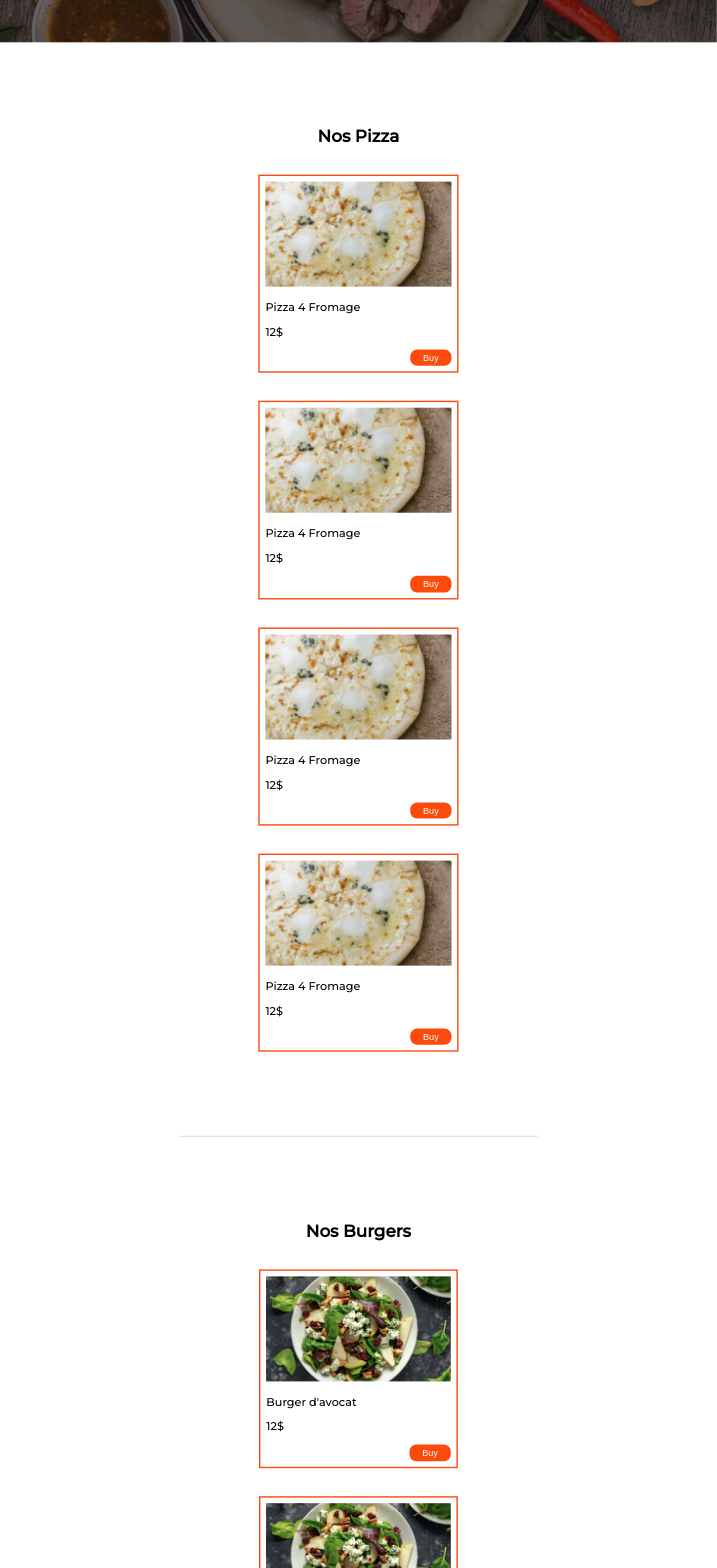
Repository: Ahlam-belhadj/bella-olange
Page: index.html
An editor plug-in stored every save of this project. The page is shown before and after a run of saves, followed by the edit.
The browser window is 1024 px wide. The pictures show the part of the page from y = 718 to 2958 px (the page is 6509 px tall before and 4569 px after), at 70% of full size.

Above is the page before, as saved 2023-02-14 19:58:39.

After the next 6 saves:
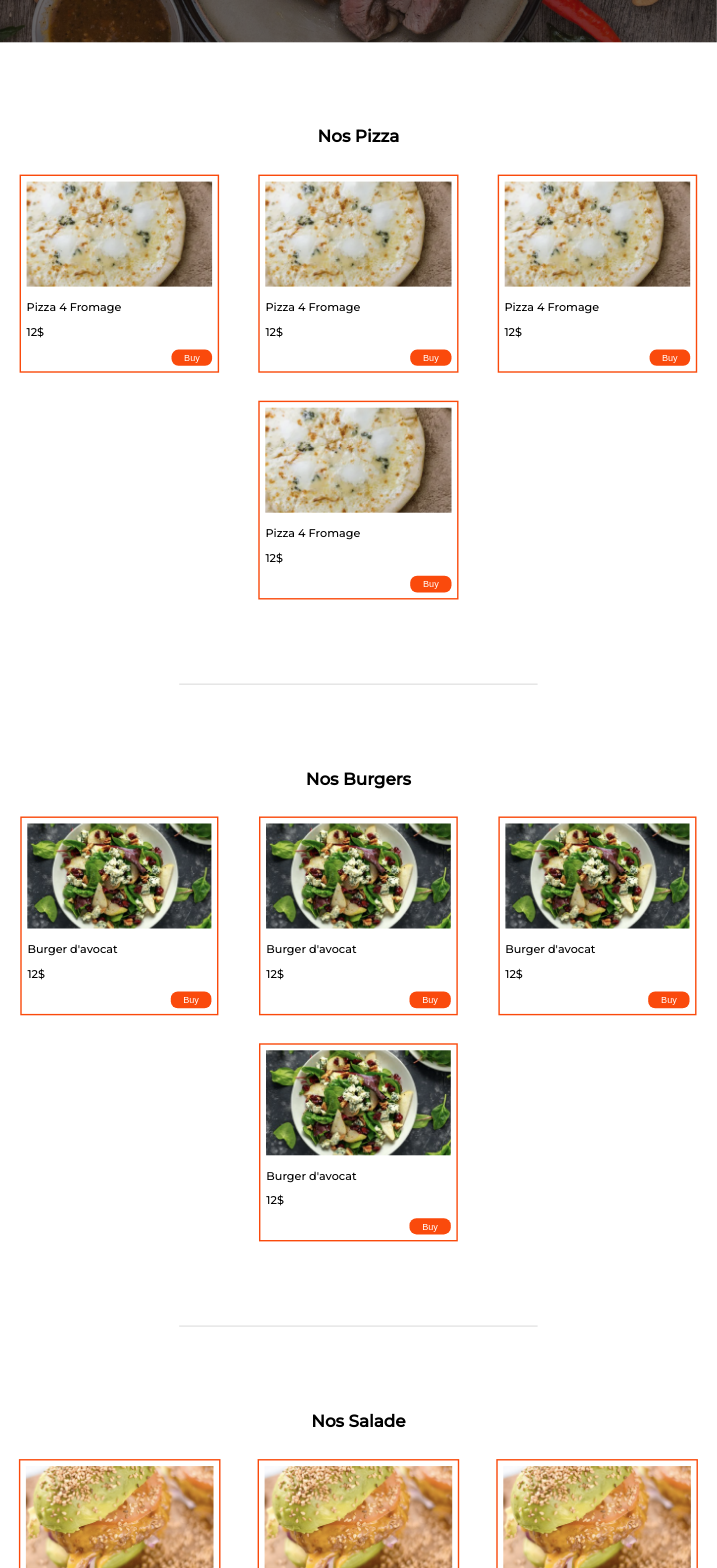
The 6 saves are shown as one change because they came seconds apart.
The last was saved 38 s later.
--- a/style.css
+++ b/style.css
@@ -294,7 +294,8 @@ strong {
 @media screen and (min-width:701px) and (max-width:1199px) {
 
   .container-card{
-    flex-direction: column;
+    display: flex;
+    flex-wrap: wrap;
 }
 
 .border {
